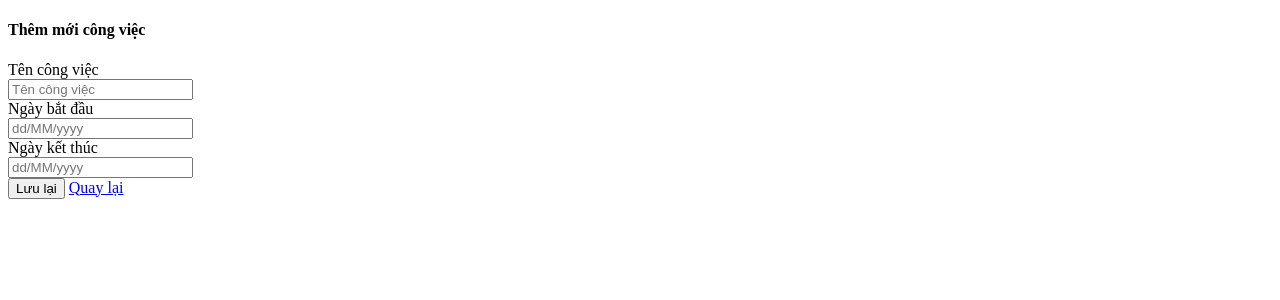
Repository: mindland/CrmApp
Page: http://localhost/CrmApp/WEB-INF/views/job/add.jsp
An editor plug-in stored every save of this project. The page is shown before and after the next save, followed by the edit.
The browser window is 1280 px wide. The pictures show the whole page.
The page is served by Tomcat 9. Nobody is signed in. The template is opened directly, without the code that normally fills it, so the values that code supplies are empty.

Above is the page before, as saved 2020-09-13 13:35:51.

After the next save:
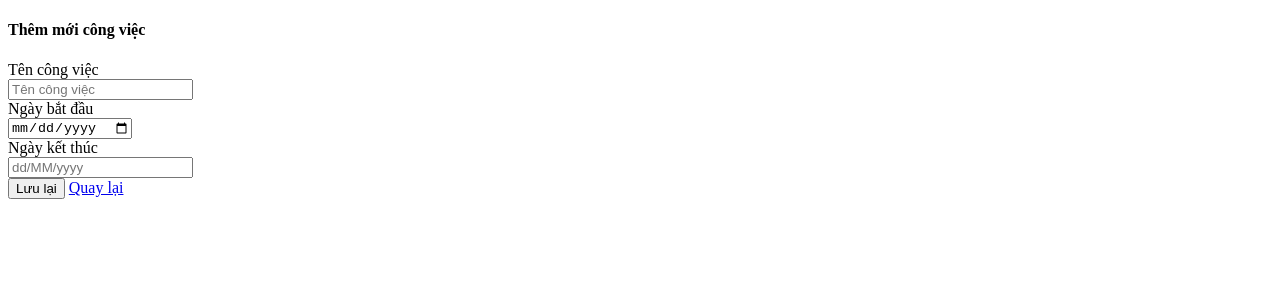
Saved 90 s later.
--- a/CrmApp/WebContent/WEB-INF/views/job/add.jsp
+++ b/CrmApp/WebContent/WEB-INF/views/job/add.jsp
@@ -23,14 +23,14 @@
 					<div class="form-group">
 						<label class="col-md-12">Tên công việc</label>
 						<div class="col-md-12">
-							<input type="text" placeholder="Tên công việc"
+							<input type="" placeholder="Tên công việc"
 								class="form-control form-control-line">
 						</div>
 					</div>
 					<div class="form-group">
 						<label class="col-md-12">Ngày bắt đầu</label>
 						<div class="col-md-12">
-							<input type="text" placeholder="dd/MM/yyyy"
+							<input type="date" placeholder="dd/MM/yyyy"
 								class="form-control form-control-line">
 						</div>
 					</div>
